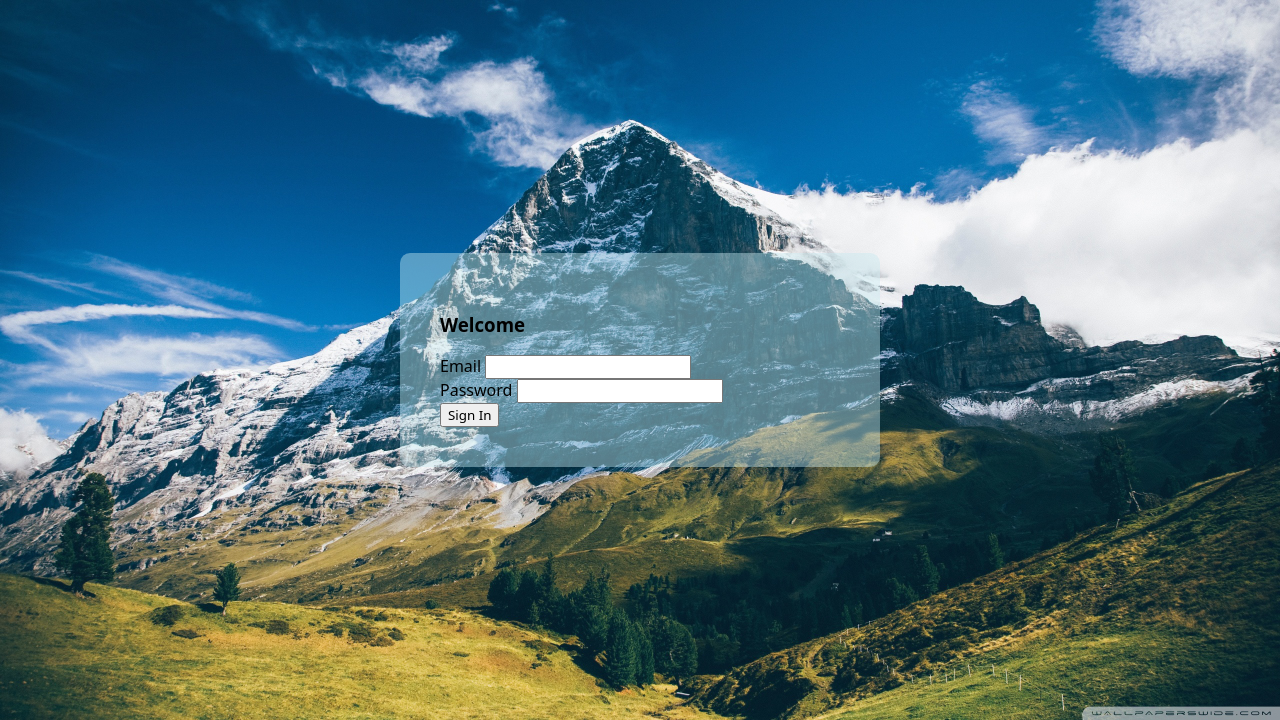
Repository: Szelbi/SimpliestLoginPage
Page: index.html
The author's editor kept a copy of each file at every save. The page is drawn from the files as they stood at one save, then again after the next save.
The browser window is 1280 px wide. The pictures show the whole page.

Above is the page before, as saved 2021-02-04 22:06:56.

After the next save:
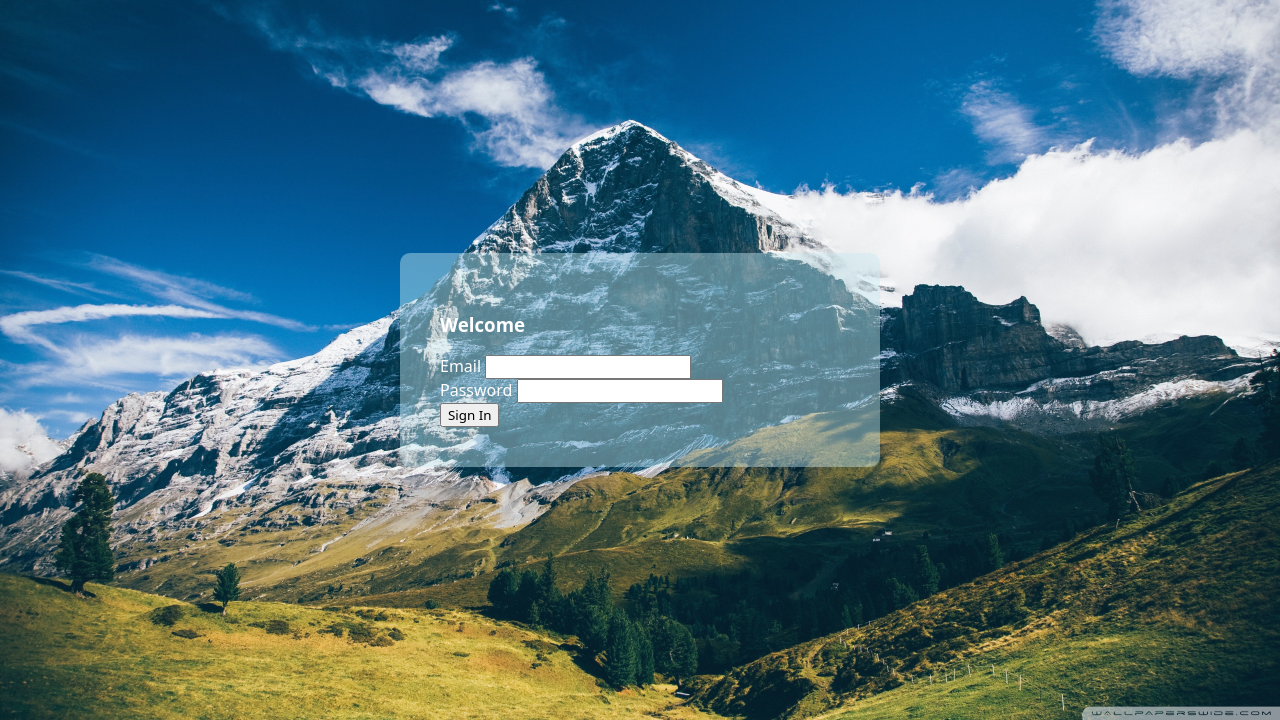
Saved 49 s later.
--- a/style.css
+++ b/style.css
@@ -25,3 +25,7 @@
     max-width: 400px;
     border-radius: 10px;
 }
+
+.login-container {
+    color: white;
+}
